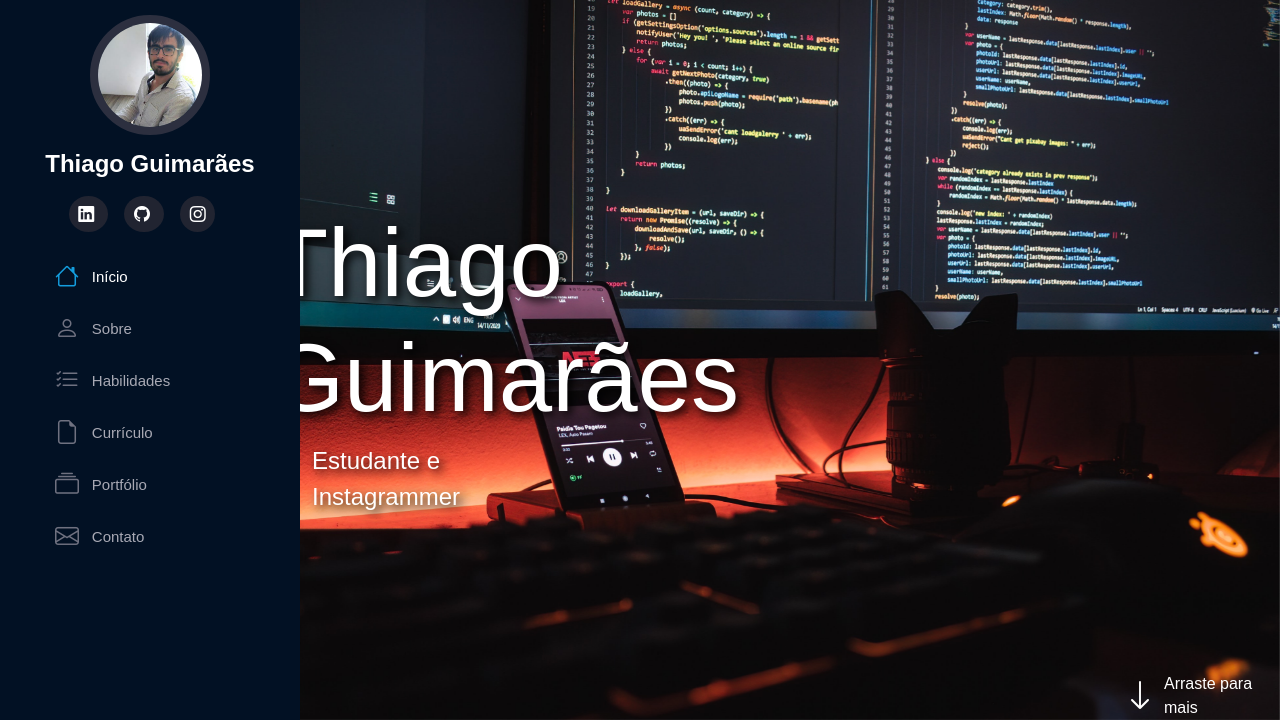
Repository: Rayago/projeto-portfolio
Page: http://localhost/
These files come from the project's save history. The page is drawn as it stood at one moment and after the next save; the edit follows.
The browser window is 1280 px wide. The pictures show the whole page.
Some web fonts or font styles are not loaded; a fallback is used. The page is served by the project's application, run on Flask 3 (app.py).

Above is the page before, as saved 2022-07-12 20:36:43.

After the next save:
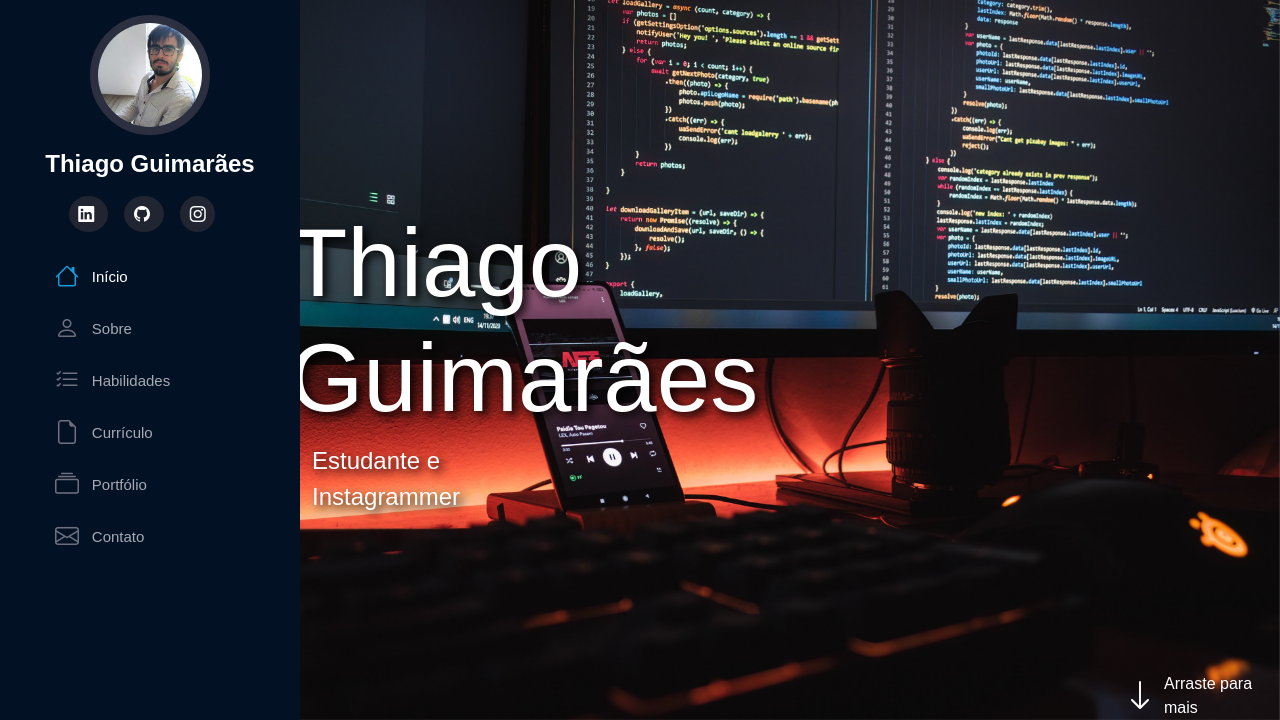
Saved 18 s later.
--- a/static/style.css
+++ b/static/style.css
@@ -104,8 +104,7 @@
 
 section#inicio h2{
     font-size: 6rem;
-    margin-left: 8rem;
-    margin-right: 8rem;
+    margin-left: 10%;
 }
 
 section#inicio span#subtitle{
